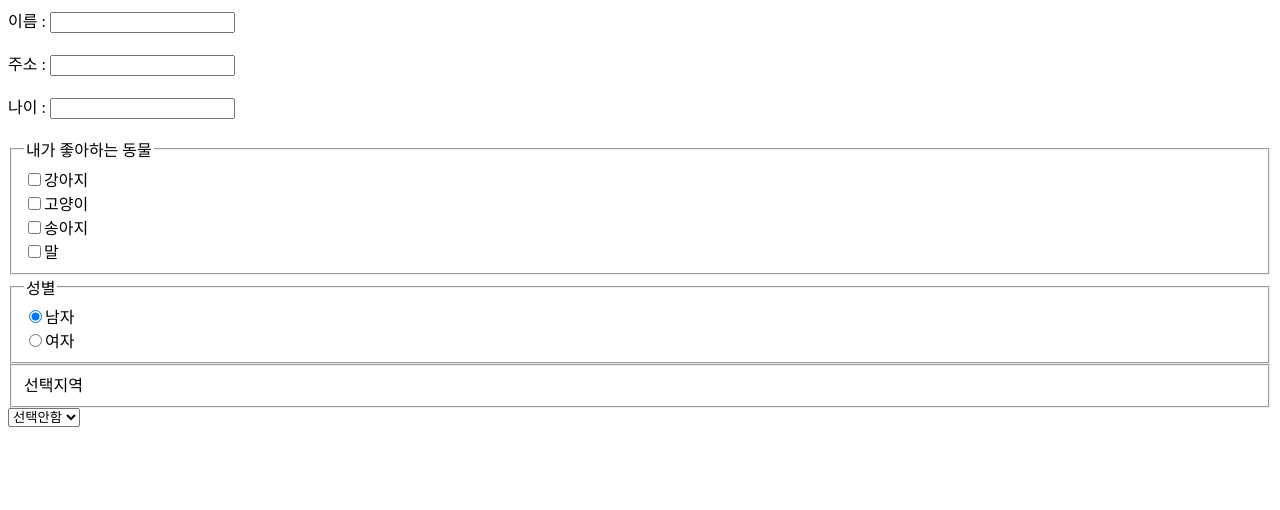
Repository: HyoJun-A/jsp
Page: practice01/WebContent/input.html
An editor plug-in stored every save of this project. The page is shown before and after the next save, followed by the edit.
The browser window is 1280 px wide. The pictures show the whole page.

Above is the page before, as saved 2022-10-17 07:06:46.

After the next save:
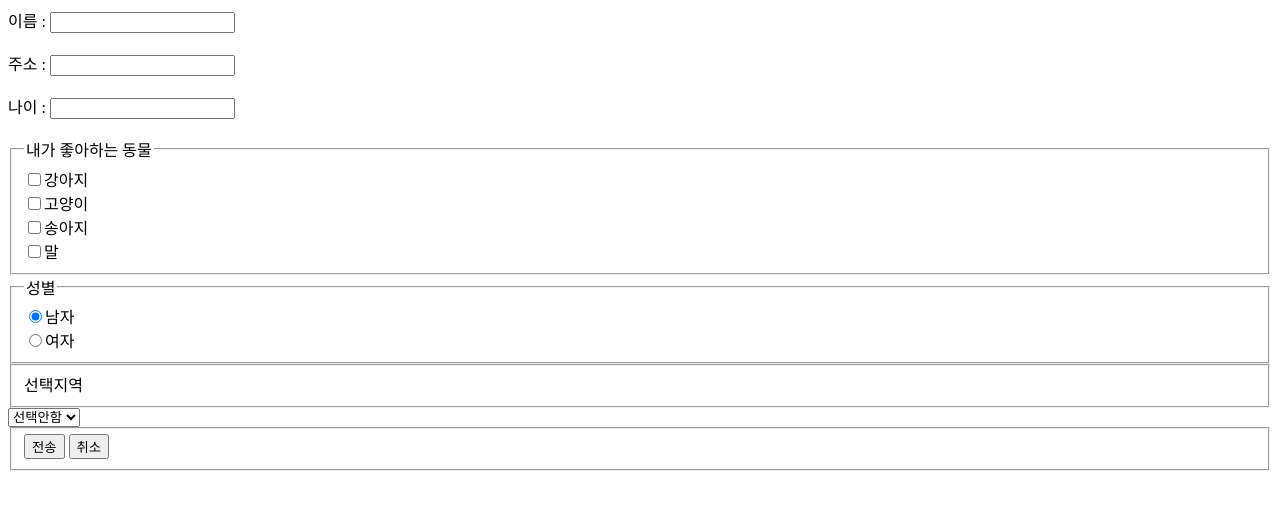
Saved 78 s later.
--- a/practice01/WebContent/input.html
+++ b/practice01/WebContent/input.html
@@ -29,6 +29,10 @@
 		<option value="03">부산</option>
 		<option value="04">광주</option>
 	</select>
+	<fieldset>
+		<input type="submit" value="전송">
+		<input type="reset" value="취소">
+	</fieldset>
 </form>
 </body>
 </html>
